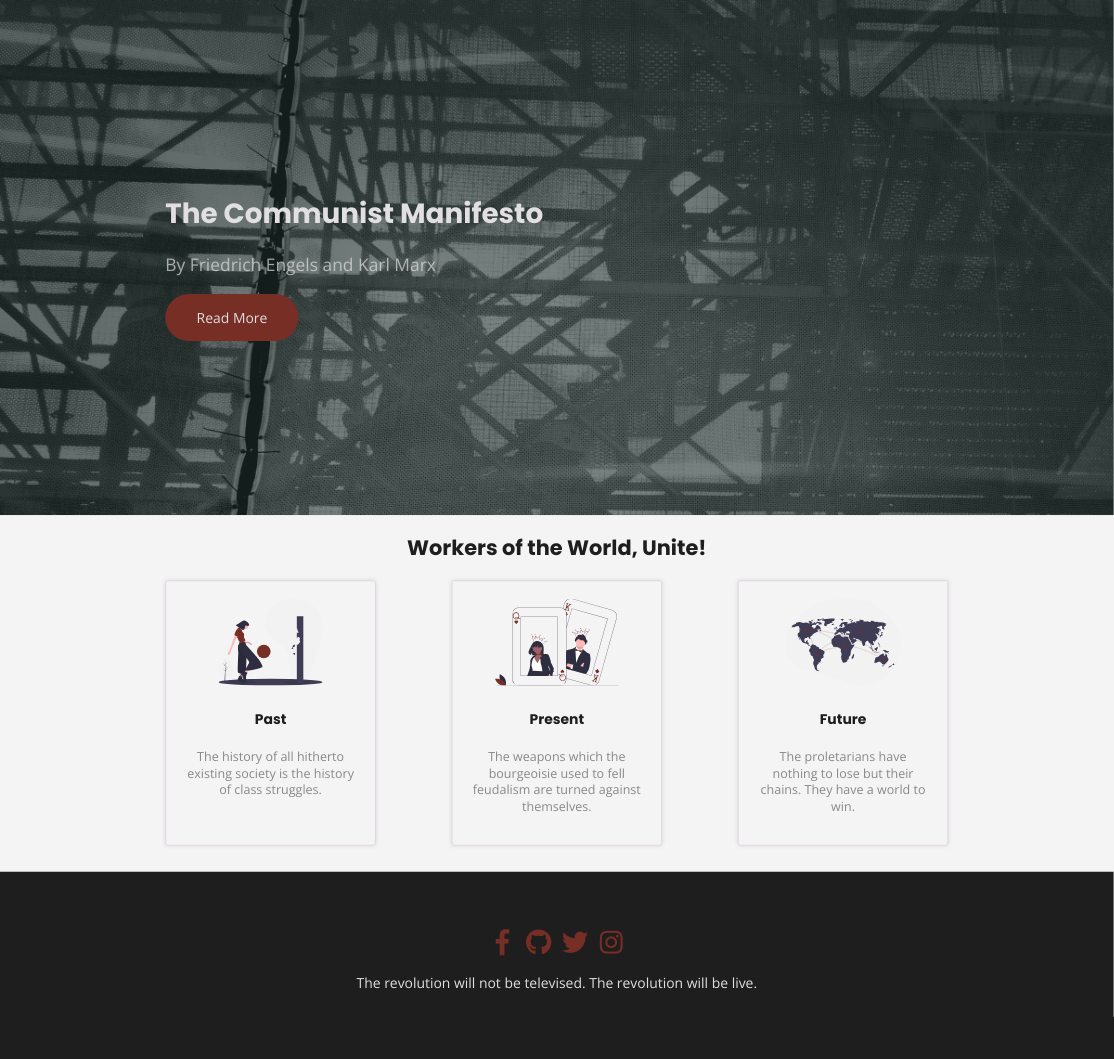
Repository: eaang/landing
Page: index.html
These files come from the project's save history. The page is drawn as it stood at one moment and after the next save; the edit follows.
The browser window is 1280 px wide. The pictures show the whole page, at 87% of full size.
Some web libraries are served in a nearby version.

Above is the page before, as saved 2020-06-10 16:35:32.

### index.html
<!DOCTYPE html>
<html>
  <head>
    <meta charset="UTF-8" />
    <title>The Communist Manifesto</title>
    <link rel="shortcut icon" href="data:[embedded picture, 18 characters]" type="image/x-icon" />
    <!-- We need this line below for responsiveness! -->
    <meta name="viewport" content="width=device-width, initial-scale=1" />
    <link rel="stylesheet" href="css/style.css" />
  </head>
  <body>
    <!-- code a Hero / Banner section -->
    <div class="banner">
      <div class="container">
        <h1>The Communist Manifesto</h1>
        <p>By Friedrich Engels and Karl Marx</p>
        <a class="btn-primary" href="#">Read More</a>
      </div>
    </div>
    <!-- code a "How it works" section -->
    <div class="container">
      <h2 class="text-center">Workers of the World, Unite!</h2>
      <div class="cards">
        <div class="card">
          <img src="images/struggle.svg" alt="" />
          <h4>Past</h4>
          <p>
            The history of all hitherto existing society is the history of class
            struggles.
          </p>
        </div>

        <div class="card">
          <img src="images/feudal.svg" alt="" />
          <h4>Present</h4>
          <p>
            The weapons which the bourgeoisie used to fell feudalism are turned
            against themselves.
          </p>
        </div>

        <div class="card">
          <img src="images/future.svg" alt="" />
          <h4>Future</h4>
          <p>
            The proletarians have nothing to lose but their chains. They have a
            world to win.
          </p>
        </div>
      </div>
    </div>
    <!-- code a footer -->
    <div class="footer">
      <div class="links">
        <a href="#"><i class="fab fa-fw fa-facebook-f"></i></a>
        <a href="#"><i class="fab fa-fw fa-github"></i></a>
        <a href="#"><i class="fab fa-fw fa-twitter"></i></a>
        <a href="#"><i class="fab fa-fw fa-instagram"></i></a>
        <p>
          The revolution will not be televised. The revolution will be live.
        </p>
      </div>
    </div>
  </body>
</html>

### css/style.css
/* Fonts */
@import url("https://fonts.googleapis.com/css?family=Open+Sans:400,700|Poppins:700");

/* Fontawesome */
@import url("https://use.fontawesome.com/releases/v5.6.3/css/all.css");

/* Utilities */
body {
  margin: 0;
  font-family: Open Sans;
  background-color: #f5f4f5;
  color: #1f1e1f;
}

h1,
h2,
h3,
h4 {
  font-family: Poppins;
}

a {
  text-decoration: none;
}

.text-center {
  text-align: center;
}
/* Custom design below! */
.container {
  width: 900px;
  margin: auto;
}

/* Banner design */
.banner:before {
  content: " ";
  display: block;
  position: absolute;
  left: 0;
  top: 0;
  width: 100%;
  height: 100%;
  z-index: 1;
  opacity: 0.4;
  background-image: url("../images/background.jpg");
  background-repeat: no-repeat;
  background-position: 50% 0;
  -ms-background-size: cover;
  -o-background-size: cover;
  -moz-background-size: cover;
  -webkit-background-size: cover;
  background-size: cover;
}
.banner {
  position: relative;
  background: #203130;
  overflow: hidden;
  padding: 200px 0;
}
.banner h1 {
  position: relative;
  z-index: 2;
  color: #e1dfe1;
}
.banner p {
  position: relative;
  z-index: 2;
  color: #e1dfe1;
  opacity: 0.7;
  font-size: 20px;
}
.btn-primary {
  position: relative;
  z-index: 2;
  display: inline-block;
  background-color: #772e25;
  padding: 16px 36px;
  border-radius: 50px;
  color: #e1dfe1;
}

/* Cards design */
.cards {
  display: flex;
  justify-content: space-between;
  margin-bottom: 30px;
}
.card {
  width: 200px;
  border-radius: 3px;
  box-shadow: 0 0 5px rgb(216, 212, 216);
  text-align: center;
  padding: 20px;
  border: 1px solid rgb(216, 212, 216);
}
.card img {
  height: 100px;
}
.card p {
  opacity: 0.5;
  font-size: 0.9em;
}

/* Footer design */
.footer {
  text-align: center;
  padding: 60px;
  background-color: #1f1e1f;
}
.footer a {
  font-size: 30px;
  color: #772e25;
}
.footer p {
	color: #e1dfe1;
}

After the next save:
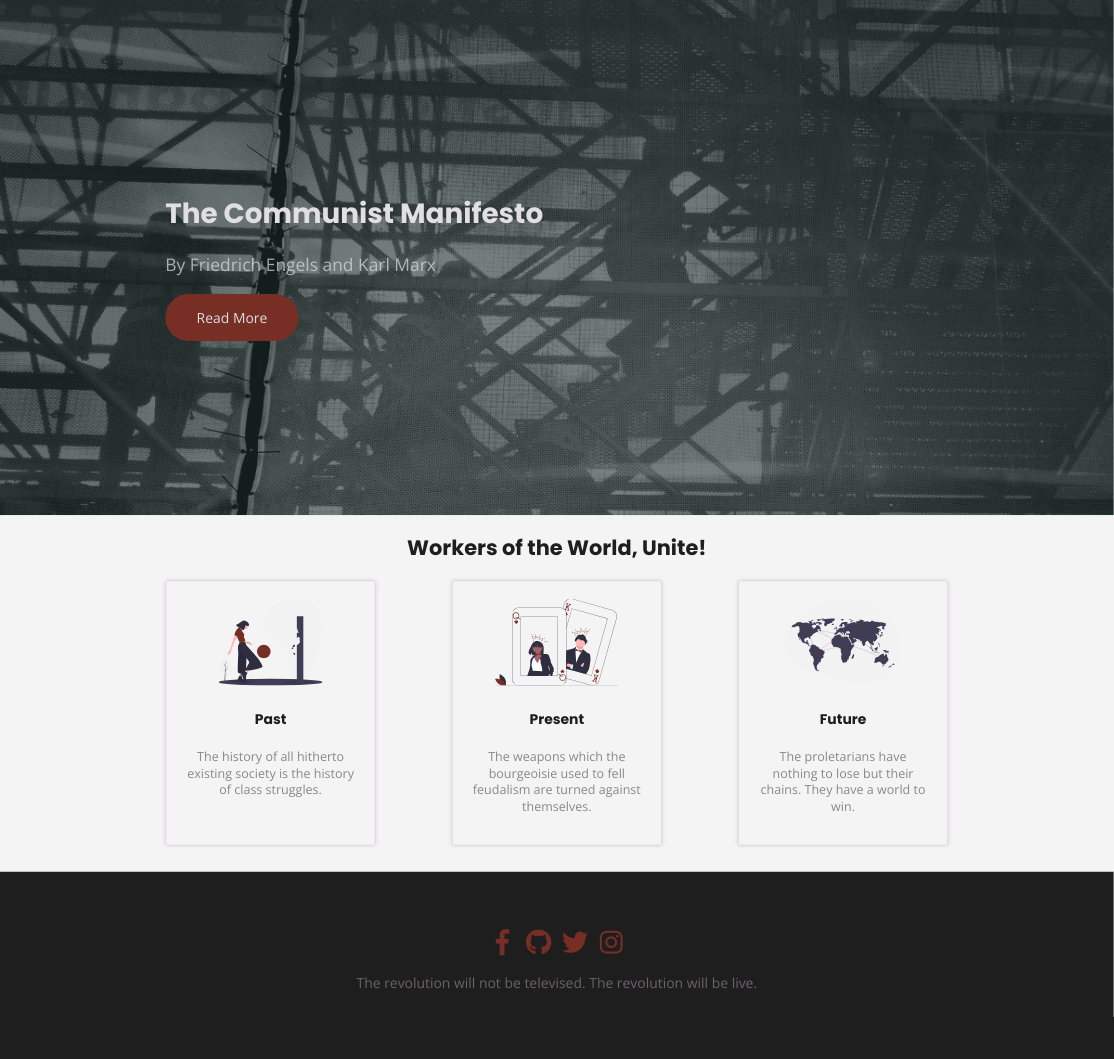
Saved 2 min 7 s later.
--- a/css/style.css
+++ b/css/style.css
@@ -113,5 +113,5 @@ a {
   color: #772e25;
 }
 .footer p {
-	color: #e1dfe1;
+	color: #686468;
 }
